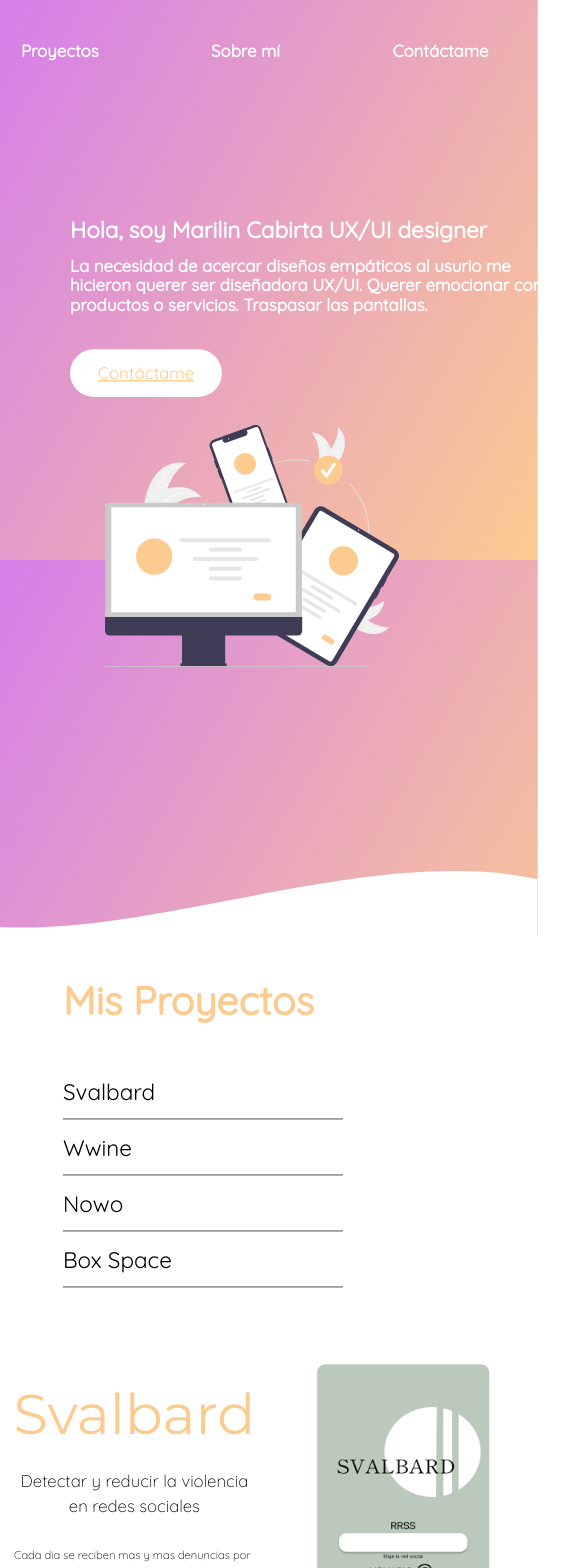
Repository: Marilyncabirta/portfolioHTML
Page: index.html
These files come from the project's save history. The page is drawn as it stood at one moment and after the next save; the edit follows.
The browser window is 768 px wide. The page is 828 px wide, then 818 px, so the pictures cover 828 px, including what lies to the right of the window. The pictures show the part of the page from y = 0 to 2240 px (the page is 4890 px tall before and 4810 px after), at 70% of full size.
Backgrounds fixed to the window are drawn as part of the page. Some web libraries are served in a nearby version.

Above is the page before, as saved 2022-12-16 13:08:43.

### index.html
<!DOCTYPE html>
<html lang="es">
<head>
    <meta charset="UTF-8">
    <meta name="viewport" content="width=device-width, initial-scale=1.0">
    <title>Portafolio AlexCG</title>
    <link rel="stylesheet" href="css/normalize.css">
    <link rel="stylesheet" href="css/estilos.css">
    <link rel="preconnect" href="https://fonts.googleapis.com">
<link rel="preconnect" href="https://fonts.gstatic.com" crossorigin>
<link href="https://fonts.googleapis.com/css2?family=Montserrat:wght@100;400;700&family=Quicksand:wght@300;400&display=swap" rel="stylesheet">
</head>


<body>

    <header class="hero">
        <div class="contenedor">
            <nav class="nav">
                <a href="" class="nav__items nav__items--cta">Proyectos</a>
                <a href="" class="nav__items">Sobre mí</a>
                <a href="" class="nav__items">Contáctame</a>
            </nav>

            <section class="hero__contenedor">
                <div class="hero__texts">
                    <h1 class="hero__title">Hola, soy Marilin Cabirta UX/UI designer</h1>
                    <h2 class="hero_subtitle">La necesidad de acercar diseños empáticos al usurio me hicieron querer ser diseñadora UX/UI. Querer emocionar con productos o servicios. Traspasar las pantallas.</h2>
                    <a href="" class="hero_cta">Contáctame</a>
                </div>
                <div class="contenedor_ilustraciones">
                    <img class="hero_image" src="assets/hero1.svg" alt="marilincabirta">
                </div>
            </section>
        </div>
        <div>
            <div class="hero_wave" style= "overflow:hidden;" ><svg viewBox="0 0 500 150" preserveAspectRatio="none" style="height: 100%; width: 100%;"><path d="M-0.56,130.76 C150.00,150.00 349.20,-49.99 503.38,30.10 L500.00,150.00 L0.00,150.00 Z" style="stroke: none; fill: #fff;"></path></svg></div>
        </div>
    </header>

    <main >
        <section class="presentacion__container">
            <h2 class="subtitle--h2">Mis Proyectos</h2>
            <div class="lista">
                <ul>
                    <li><a class="nombres" href="#">Svalbard<a></li>
                        <div class="linea"></div>
                    <li><a class="nombres" href="#">Wwine</a></li>
                        <div class="linea"></div>
                    <li><a class="nombres" href="#">Nowo</a></li>
                        <div class="linea"></div>
                    <li><a class="nombres" href="#">Box Space</a></li>
                        <div class="linea"></div>

                </ul>
            </div>
        </section>

        <section class="about__container">
            <div class="about__texts">
                <h2 class="subtitle">Svalbard</h2>
                <p class="about__paragraph">Detectar y reducir la violencia en redes sociales</p>
                <p class="about__content">Cada dia se reciben mas y mas denuncias por acoso en redes, se usa la anonimidad para sacar a relucir lo peor del ser humano. En base a esto creamos SVALBARD. Desarrollada para conocer quien esta detrás de mensajes toxicos, fotos de perfil amigables, y cual es el historial de nuestros seguidores. Conoce más!</p>
                <a class="about__button" href="">Conoce más</a>
            </div>
            <div class="about__img">
                <img class="about__picture" src="assets/LOG IN.png"   alt="">
            </div>
        </section>

        <section class="about__container">
            <div class="about__img">
                <img src="assets/wwine mockup.jpg" class="about__picture"alt="">
            </div>
            <div class="about__texts">
                <h2 class="subtitle">Wwine</h2>
                <p class="about__paragraph">¿Quién no ha deseado alguna vez poder saber más de un vino antes de comprarlo?</p>
                <p class="about__content">Le damos forma a los deseos de todos los consumidores de vino y desarrollamos este dispositivo para poder conocer las propiedades olfativas de un vino antes de comprarlo. No nos crees? Te contamos más!</p>
                <a class="about__button" href="">Conoce más</a>
            </div>

        </section>

        <section class="about__container">
            <div class="about__texts">
                <h2 class="subtitle">Nowo</h2>
                <p class="about__paragraph">Mejoramos tu forma de viajar</p>
                <p class="about__content">Millones de personas se desplazan todos los días por ocio o por trabajo y su principal carga son las maletas. Venimos a revolucionar el concepto de viajar. Nosotros nos ocupamos de las maletas, ofreciéndote los packs más completos para que nada te falte!</p>
                <a class="about__button" href="">Conoce más</a>
            </div>
            <div class="about__img">
                <img src="assets/Nowo by rebellion 1.jpg" class="about__picture" alt="">
            </div>
        </section>

        <section class="about__container">
            <div class="about__img">
                <img src="assets/mock uo.jpg" class="about__picture" alt="">
            </div>
            <div class="about__texts">
                <h2 class="subtitle">Box Space</h2>
                <p class="about__paragraph">Como conseguimos que haya más usuarios en los parques urbanos?</p>
                <p class="about__content">Esta App fue creada para mejorar la asistencia a los parques urbanos. En un mundo con prisas, acercamos la tecnología y la era digital a aquellos entornos naturales que nos encanta disfrutar, pero que todavía no nos permiten desarrollar todas nuestras facetas diarias cómodamente.Descúbrela!</p>
                <a class="about__button" href="">Conoce más</a>
            </div>

        </section>

    </main>

    <footer class="footer">
        <div container class="container footer__grid">
            <nav class="nav nav--footer">
                <a class="nav_items nav__items--footer" href="">Inicio </a>
                <a class="nav_items nav__items--footer" href="">Sobre mí</a>
                <a class="nav_items nav__items--footer" href="">Proyectos</a>
            </nav>

            <section class="footer__contact">
                <h3 class="footer__title"> Contáctame</h3>
                <div class="footer__icons">
                    <span class="footer__container-icons">
                        <a href="#" class="fab fa-medium footer__icon"></a>
                    </span>
                    <span class="footer__container-icons">
                        <a href="#" class="fab fa-linkedin footer__icon"></a>
                    </span>
                    <span class="footer__container-icons">
                        <a href="#" class="fab fa-mailchimp footer__icon"></a>
                    </span>

                </div>
            </section>



        </div>
    </footer>







    <script src="https://kit.fontawesome.com/b4fd9d412c.js" crossorigin="anonymous"></script>
</body>
</html>

### css/estilos.css

@import url('https://fonts.googleapis.com/css2?family=Montserrat:wght@100;400;700&family=Quicksand:wght@300;400&display=swap');


:root{
    --background:linear-gradient(120deg,#d57feb   0%,#fccb90 100%);
    --color-secondary:#fccb90;
    --color-primary: white;
    --boton-padding: 20px 40px;
}
body{

    font-family: 'Montserrat', sans-serif;
    font-family: 'Quicksand', sans-serif;
}

.hero{
    width: 100%;
    background-image: var(--background);
    background-repeat: no-repeat;
    background-attachment: fixed;
    position: relative;
}

.contenedor{
  padding: 20px 0;

}
.hero__contenedor{
    width: 100%;
    display: grid;
    grid-template-columns: 1fr 1fr ;
    height: 100%;
    justify-content: space-evenly;
    align-items: center;
    padding-bottom: 50px;
    margin: 50px;

}


.contenedor_ilustraciones{
    width: 800px;
    height: auto;
    text-align: center;
    justify-content: center;
}

.hero__texts{
    width: 50%;
    height: inherit;
    color: white;
    margin-top: 20px;
    margin: 0 60px;
}
.hero_image{
    width: 70%
}

.hero_wave{
    position: absolute;
    bottom: 0;
    left: 0;
    height: 100px;
    width: 100%;
}

.nav{
    display: flex;
    justify-content: flex-end;
    height: 80px;
    align-items: right;
    font-weight: 700;
    margin-top: 30px;

}

.nav--footer{
    font-weight: 300;
    justify-content: flex-start;
}

.nav__items{
    color: white;
    text-decoration: none;
    font-size: 32px;
    padding: 20px 15px;
    margin-right: 40px;
    font-weight: inherit;
}

.nav__items--cta{
    border: 2px solid white;
    border-radius: 40px;
}

.nav__items:hover{
    text-decoration: underline;
}
.nav__items--footer{
    padding: 10px;
}



.hero_cta{
    display: inline-block;
    font-size: 24px;
    background-color: var(--color-primary);
    color: #fccb90;
    padding: 20px 40px;
    margin-top: 30px;
    border-radius: 40px;
    text-align: center;
    justify-content: center;
}

.hero__texts{
    width: 90%;
    margin: 40px;
}

.hero__title{
    font-size: 60px;
    margin-top: 80px;

}

.hero__subtitle{
    font-size: 2rem;
    font-weight: 400;
    margin: 20px 0;
}

/* presentacion proyectos */



.presentacion__container{
    width: 60%;
    height: auto;
    padding-top: 0;
    text-align: center;
    text-decoration: none;
    margin-left: 50px;
}

.subtitle{
    font-size: 56px;
    color:var(--color-secondary);
    padding-bottom: 10px;
    font-weight: 700;
    text-align: center;
    margin: 40px;
}
.subtitle--h2{
    font-size: 56px;
    color:var(--color-secondary);
    padding-bottom: 10px;
    font-weight: 700;
    text-align: center;
    margin: 60px 40px;
    text-align: left;
}

.presentacion__container li{
    font-size: 32px;
    margin-top: 10px;
    padding: 10px 0;
    text-decoration: none;
}

.lista li{
 text-decoration: none;
 list-style: none;
 text-align: left;

}

.lista a{
    text-decoration: none;
    color: black;

}

.lista li:hover{
    font-size: 3.5rem;
    transition: 1s;
}

.lista div{
    border-top: 1px solid black;
    height: 2px;
    max-width: 400px;
    padding: 0;
    margin: 10px 0 auto 0;

}

.about__container{
    width: 70%;
    min-height: 800px;
    max-width: 1300px;
    height: auto;
    display: grid;
    grid-template-columns: 1fr 1fr ;
    margin: 60px auto;
    background-color: var(--color-primary);
    align-items: center;

}

.about__texts{

    justify-content: center;
    text-align: left;
    margin: 20px ;

}
.about__img{
     justify-content: center;
    text-align: center;
    margin: 20px;

}

.subtitle{
    font-size: 80px;
    font-family: "Montserrat";
    font-weight: 400;
    margin: 10px auto;

}



.about__picture{
    width: 250px;
    height: 500px;
    max-height: 800px;
}

.about__paragraph{
    margin: 20px;
    line-height: 1.5;
    font-weight: 300;
    font-size: 24px;
}

.about__content{
    font-size: 16px;
    margin: 40px 20px;
    text-align: left;
    line-height: 1.5;
    font-weight: 300;
}

.about__button{
    margin: 60px 20px;
    padding: 10px 10px;
    background-color:var(--color-secondary);
    color: white;
    border-radius: 20px;
    text-align: center;
    text-decoration: none;
}

/* footer */

.footer{
    background:var(--background);
    padding-bottom: 40px;



}

.footer__grid{
    display: grid;
    grid-template-columns: 3fr 2fr;
    gap: 20px;
    align-items: center;
    margin: 40px;
}

.nav_items{
    text-decoration: none;
    color: white;
    font-size: 20px;
    margin:0 0 0 10px;
}

.footer__title{
    font-weight: 400;
    color: white;
    font-size:2rem ;
    margin-bottom: 20px;
    text-align: center;
}

.footer__icons{
    display: flex;
    justify-content: space-evenly;
    font-size: 32px;
}

.footer__container-icons{
    display: inline-block;
    width: 60px;
    height: 60px;
    color: white;
    text-align: center;
    border: 1px solid white;
    border-radius: 50%;

}

.footer__icon{
    color: white;
    text-decoration: none;
    font-size: 30px;

}

.fab.footer__icon{
line-height: 60px;
text-decoration: underline;
}


/* responsive design */

@media screen and (max-width:800px){
        :root{
            --botton-padding:18px 40px;
        }

        .nav{
            justify-content:space-between
        }
        .nav__items--cta{
            border: none;
        }

        .nav__items{
            color: white;
            text-decoration: none;
            font-size: 24px;
            padding: 10px 30px;
            font-weight: inherit;
        }

        .nav__items--footer{
            border: none;
        }

        .hero__contenedor{
            display: grid;
            grid-template-columns: 1fr ;
            height: auto;
            justify-content: center;
            align-items: center;
            padding-bottom: 50px;
            margin: 60px;

        }

        .hero__title{
            font-size: 2rem;
            margin-bottom: 20px;
        }

        .contenedor_ilustraciones{
            width: 600px;
            height: 600px
        }

        .about__container{
            width: 100%;
            min-height: 600px;
        }
        .about__texts{
            width: 100%;
            justify-content: center;
            text-align: center;
            margin: 60px 0px;

        }

        .hero_image{
            width: 70%;
        }

        .presentacion__container{
            width: 100%;
        }

         .about__img{
            width: auto;
            text-align: center;
        }
    .footer{
        width: 100%;
    }
}




@media screen and (max-width:500px){

    :root{
        --botton-padding:15px 20px;
    }

    .hero{
        width: 100%;
        height: auto;
        position: relative;
    }
    .hero__contenedor{
        width: 100%;
        display: grid;
        grid-template-columns: 1fr;
        height: 100%;
        justify-content: center;
        align-items: center;
        padding-bottom: 80px;

    }
    .nav{
        flex-wrap: nowrap;
        justify-content: space-evenly;
        margin-top: 10px;

    }
    .nav__items--cta{
        border: none;
    }

    .nav__items{
        color: white;
        text-decoration: none;
        font-size: 20px;
        padding: 10px 20px;
        margin-right: 20px;

    }

    .nav__items--footer{
        border: none;
    }


    .hero__texts{
        margin-bottom: 50px;
        text-align: center;
    }
    .hero__title{
        font-size: 2rem;
        margin-bottom: 20px;
    }

    .hero__subtitle{
        font-size: 2rem;
        margin-bottom: 20px;
    }


    /* about */

    .subtitle{
        font-size: 2.5rem;
    }
    .about__paragraph{
        margin: 10px 10px;
        line-height: 1.5;
        font-weight: 300;
        font-size: 16px;
        text-align: left;
    }

    .about__content{
        font-size: 16px;
        margin: 10px 10px 40px 10px ;
        text-align: left;
        line-height: 1.5;
        font-weight: 300;
    }

    .nombres{
        font-size: 24px;
    }

    .about__container{
        width: 80%;
        min-height: 600px;
        height: auto;
        display: grid;
        margin: 20px auto;
        background-color: var(--color-primary);
        align-items: center;
     }

     .about__picture{
        width: 140px;
        height: 300px;
        max-height: 800px;

    }
     .contenedor_ilustraciones{
        width: 100%;
        height: auto;
        text-align: center;
        justify-content: center;
    }

    .about__texts:nth-child(2), :nth-child(4){
        grid-row: 1/2;
     }

     /* Footer */
     }

Loaded but not shown: css/normalize.css (library)

After the next save:
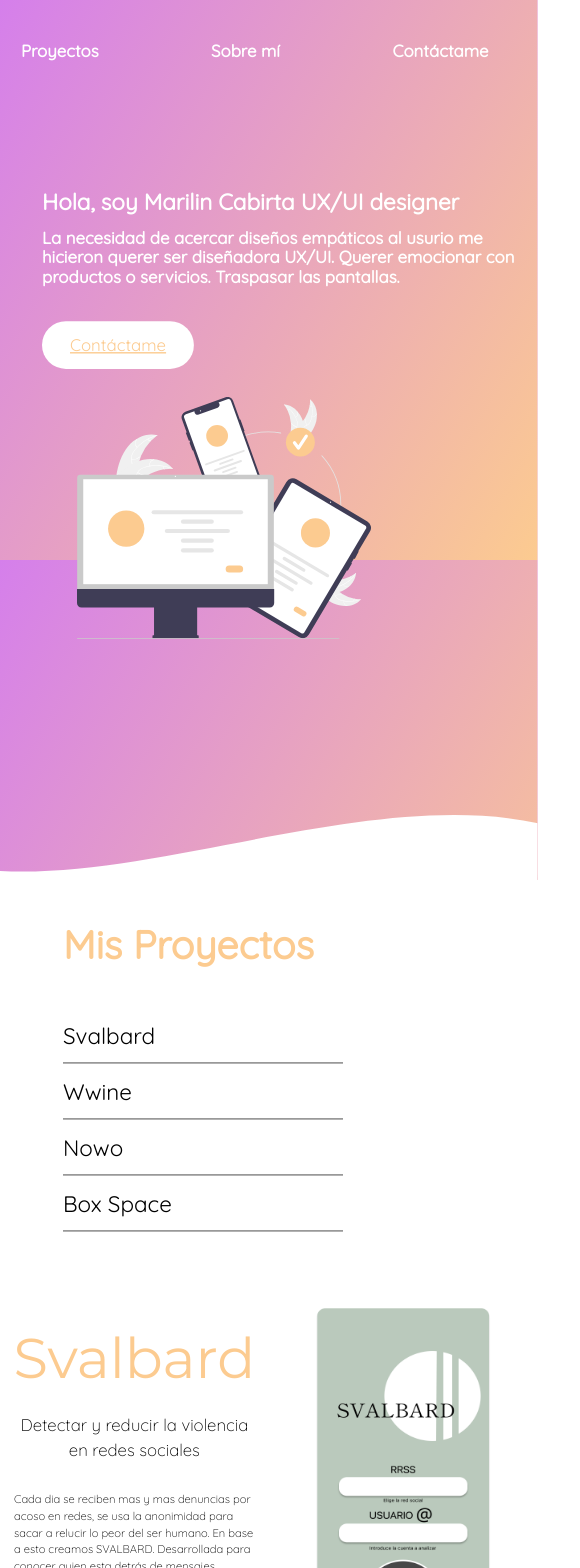
Saved 19 s later.
--- a/css/estilos.css
+++ b/css/estilos.css
@@ -361,7 +361,7 @@ text-decoration: underline;
             justify-content: center;
             align-items: center;
             padding-bottom: 50px;
-            margin: 60px;
+            margin: 20px;
 
         }
 
